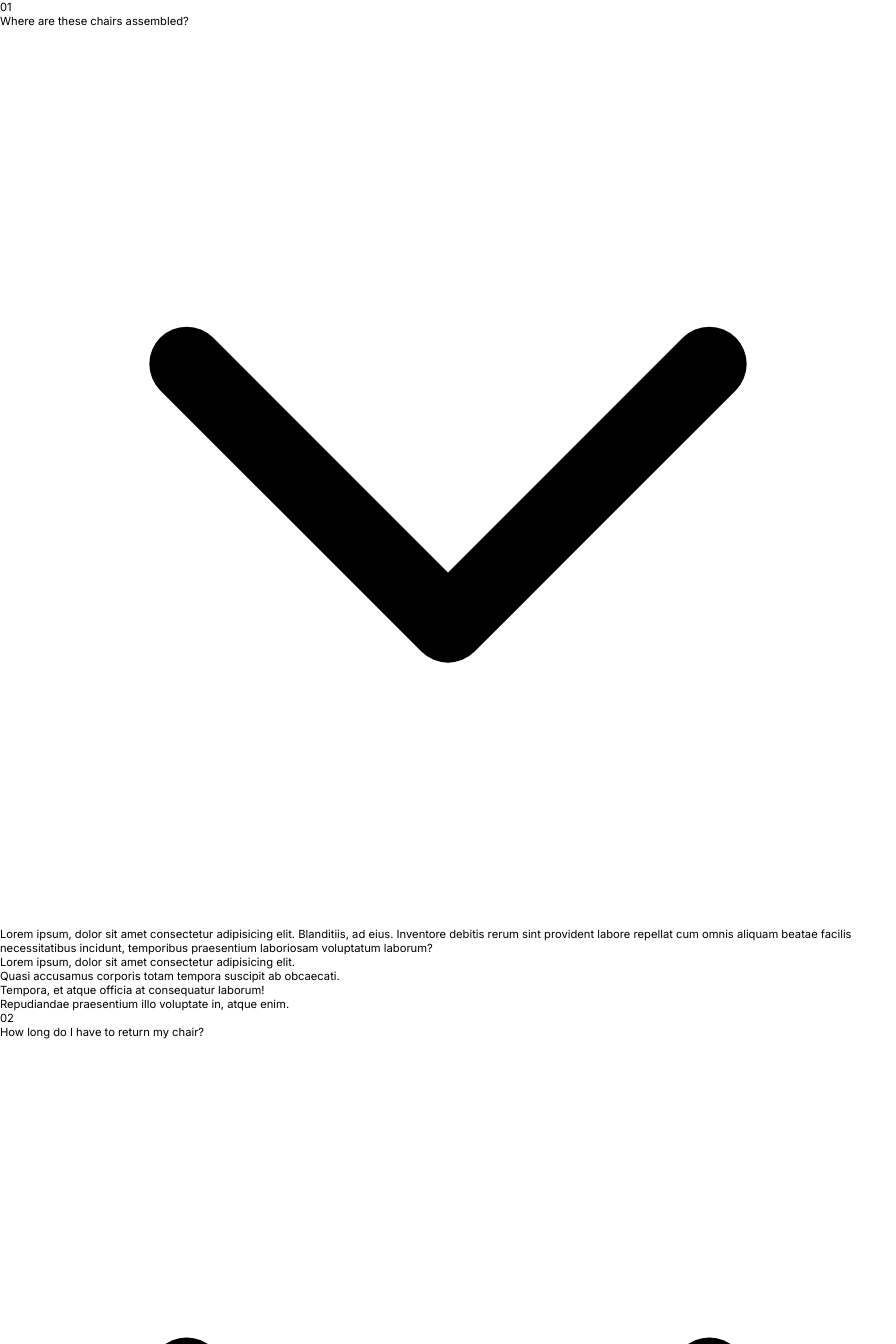
Repository: nghiakma/HTML-CSS-Fundamental
Page: Component_LayoutPatterns/accordion.html
The author's editor kept a copy of each file at every save. The page is drawn from the files as they stood at one save, then again after the next save.
The browser window is 1280 px wide. The pictures show the part of the page from y = 0 to 1920 px (the page is 4332 px tall), at 70% of full size.

Above is the page before, as saved 2023-08-26 11:01:26.

After the next save:
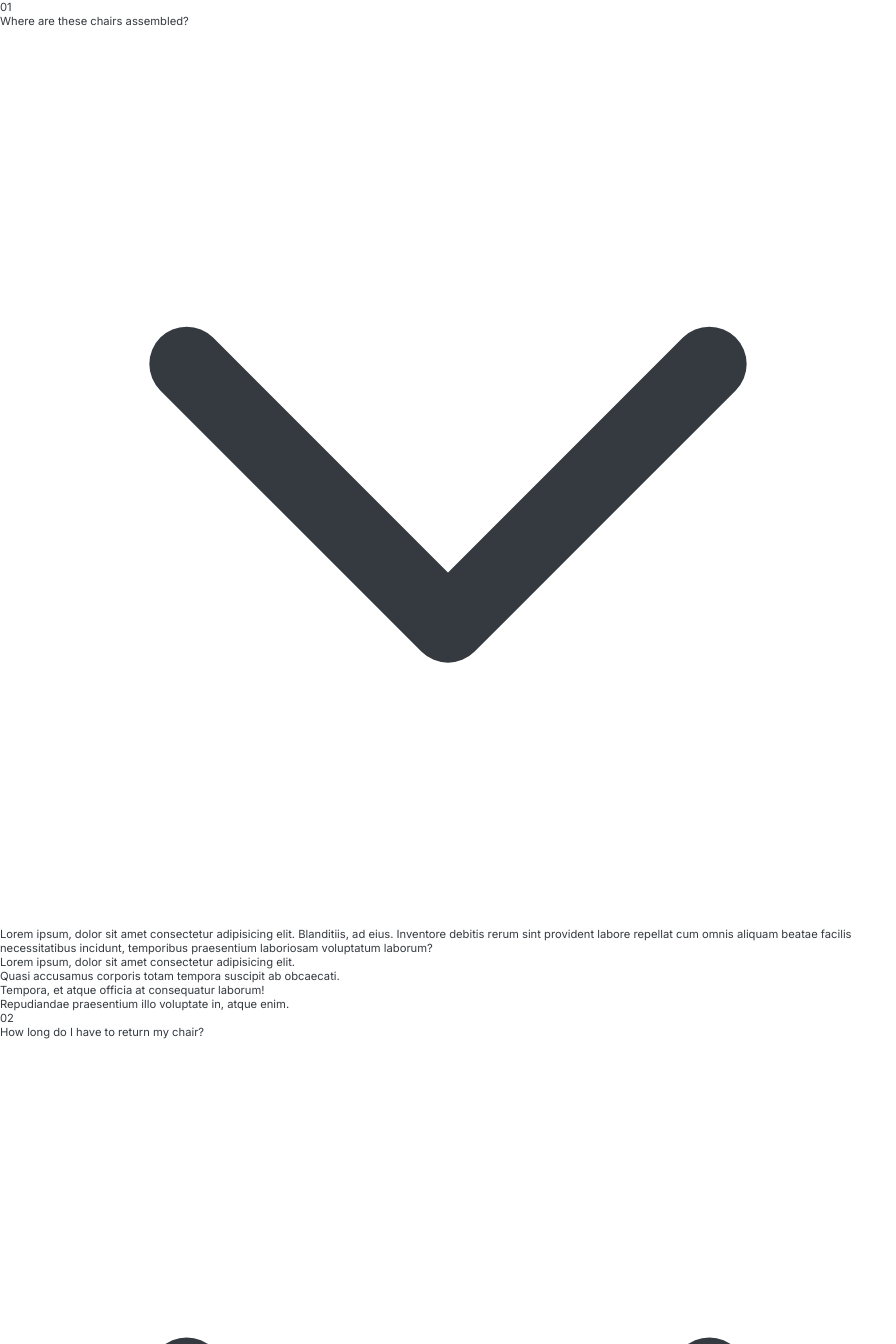
Saved 2 s later.
--- a/Component_LayoutPatterns/accordion.html
+++ b/Component_LayoutPatterns/accordion.html
@@ -25,7 +25,7 @@
 
     body {
       font-family: "Inter", sans-serif;
-
+      color: #343a40;
     }
   </style>
 </head>
